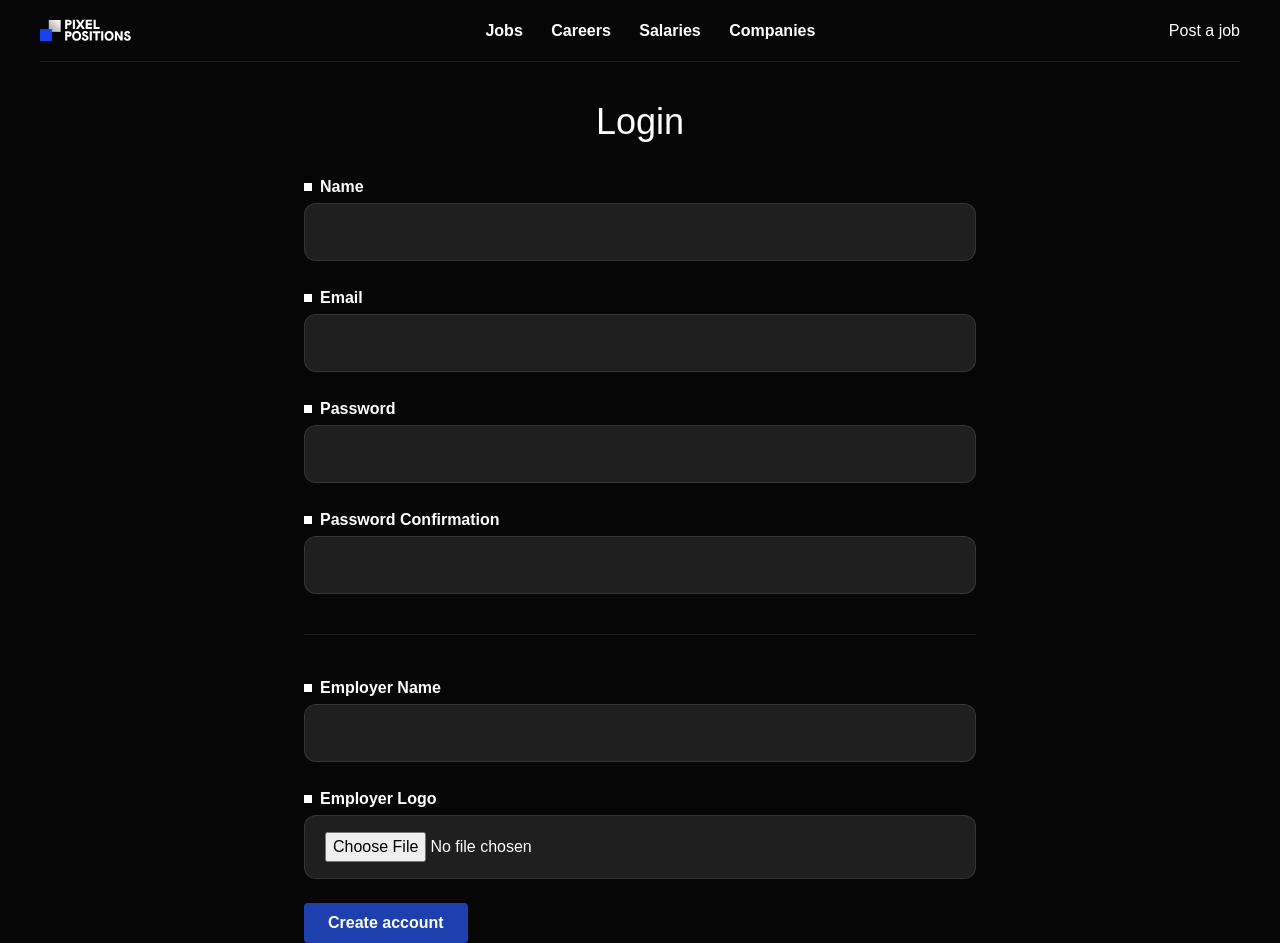
Repository: aggepap/pixel-positions-laravel
Page: http://localhost/login
The author's editor kept a copy of each file at every save. The page is drawn from the files as they stood at one save, then again after the next save.
The browser window is 1280 px wide. The pictures show the whole page.
Some web fonts or font styles are not loaded; a fallback is used. The page is served by the project's Laravel application, run on PHP 8.4 with Laravel 12. Style sheets and scripts are compiled from the project's sources, by tool versions that may differ from the author's.

Above is the page before, as saved 2025-02-22 21:33:08.

After the next save:
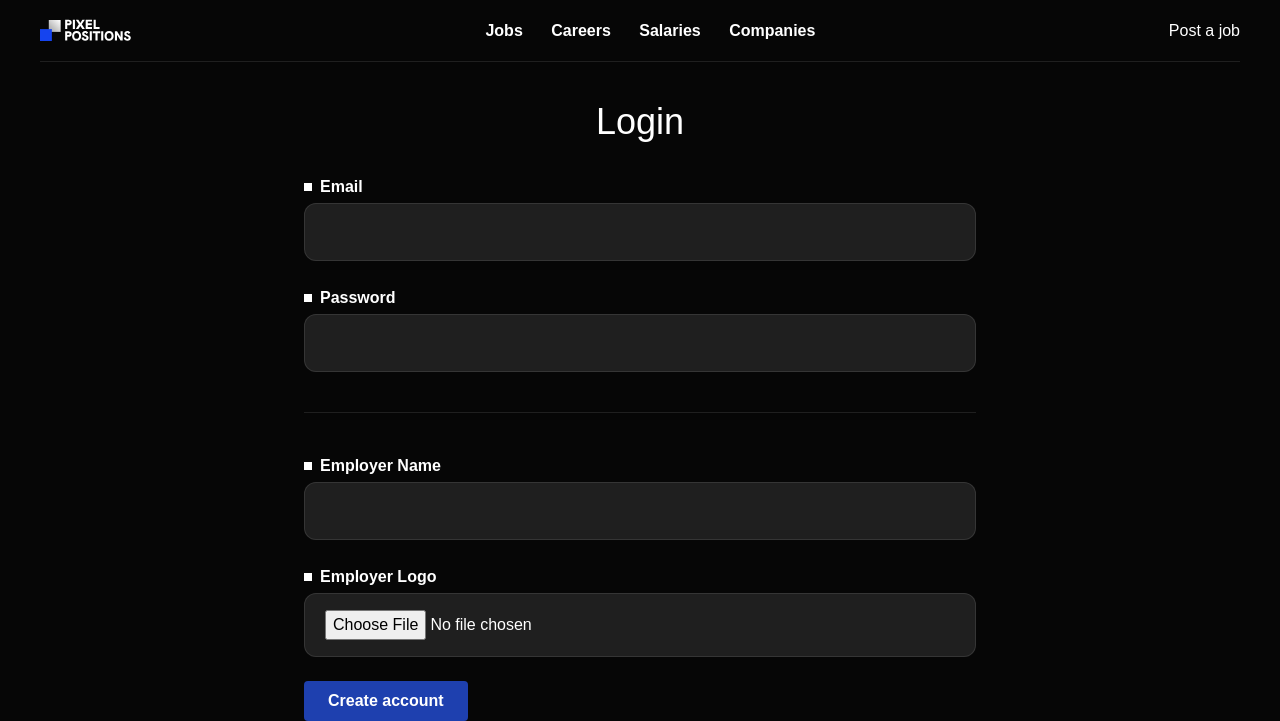
Saved 16 s later.
--- a/resources/views/auth/login.blade.php
+++ b/resources/views/auth/login.blade.php
@@ -2,10 +2,10 @@
   <x-page-heading>Login</x-page-heading>
 
   <x-forms.form method="POST" action="/login">
-    <x-forms.input label="Name" type="text" name="name" />
+
     <x-forms.input label="Email" type="email" name="email" />
     <x-forms.input label="Password" type="password" name="password" />
-    <x-forms.input label="Password Confirmation" type="password" name="password_confirmation" />
+
 
     <x-forms.divider />
 
